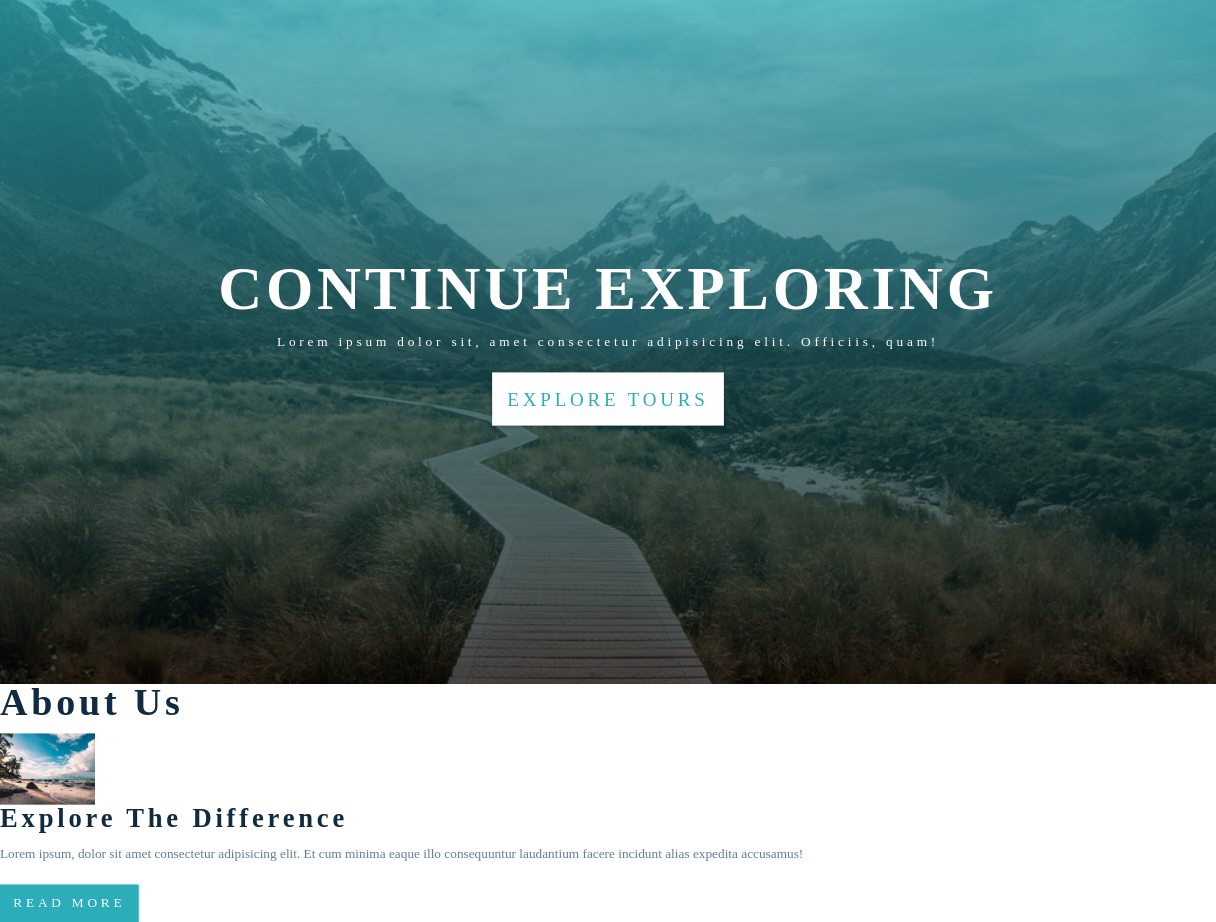
Repository: Ndifoinhilary/flexbox-project
Page: index.html
An editor plug-in stored every save of this project. The page is shown before and after the next save, followed by the edit.
The browser window is 1280 px wide. The pictures show the whole page, at 95% of full size.

Above is the page before, as saved 2024-01-18 14:59:19.

After the next save:
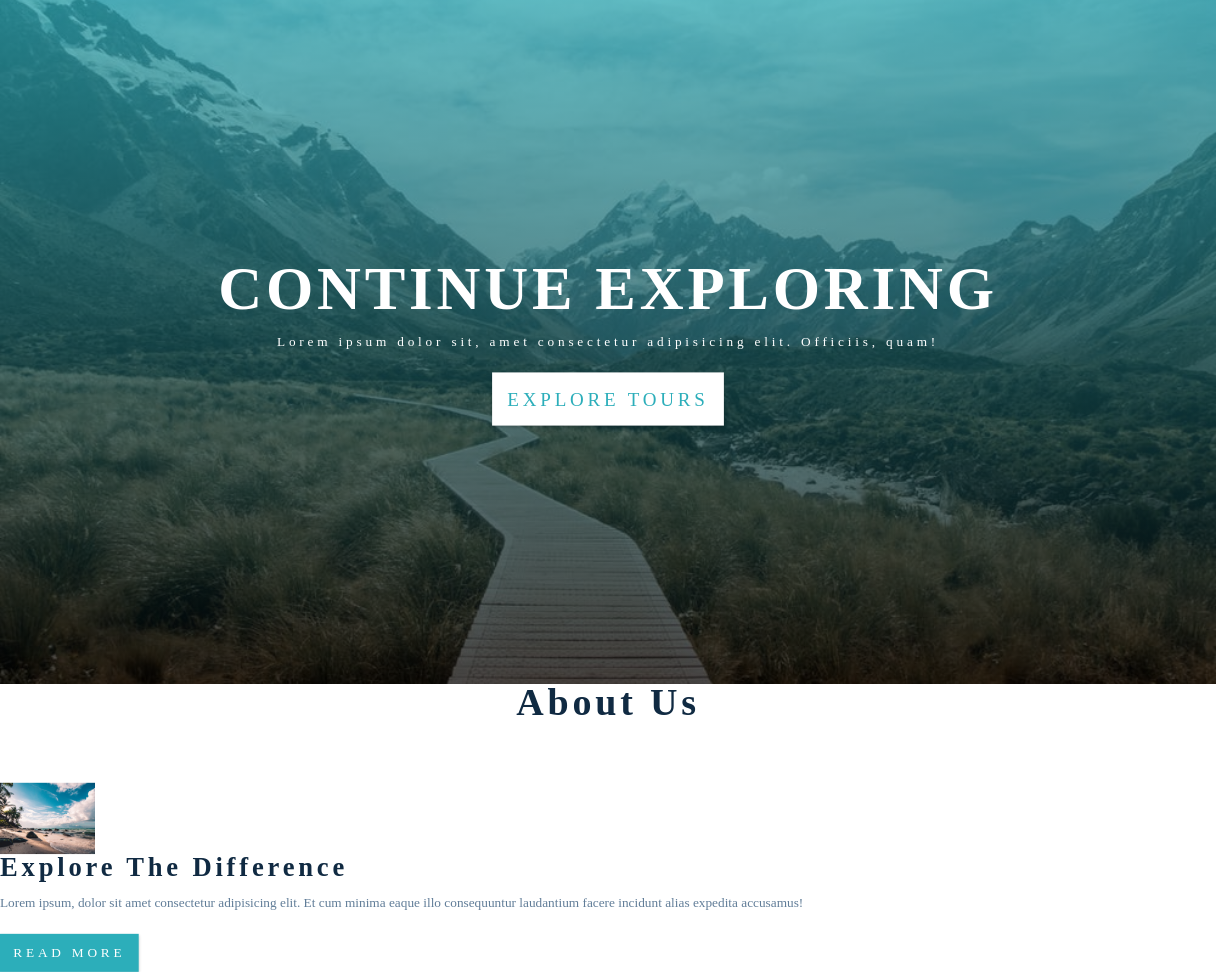
Saved 2 min 47 s later.
--- a/css/main.css
+++ b/css/main.css
@@ -140,7 +140,13 @@ p{
   background: var(--clr-primary-8);
 }
 
-
+.section{
+  padding: 5rem, 0;
+}
+.section-title{
+  text-align: center;
+  margin-bottom: 4rem;
+}
 
 /* hero */
 
